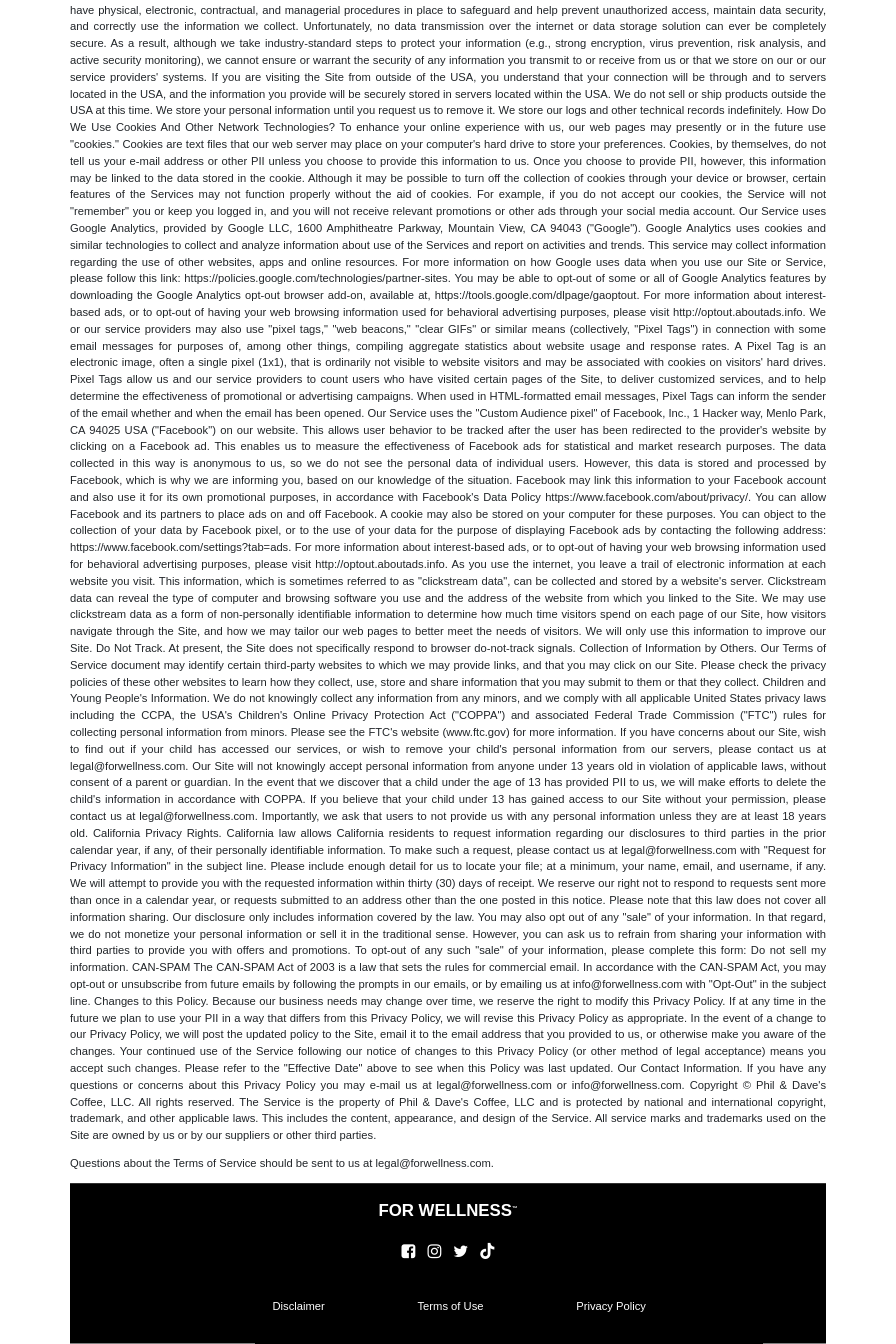
Repository: dariusprince90/wellness-landing
Page: PrivacyPolicy.html
The author's editor kept a copy of each file at every save. The page is drawn from the files as they stood at one save, then again after the next save.
The browser window is 1280 px wide. The pictures show the part of the page from y = 2095 to 4015 px (the page is 4015 px tall before and 3975 px after), at 70% of full size.

Above is the page before, as saved 2023-08-02 16:26:40.

After the next save:
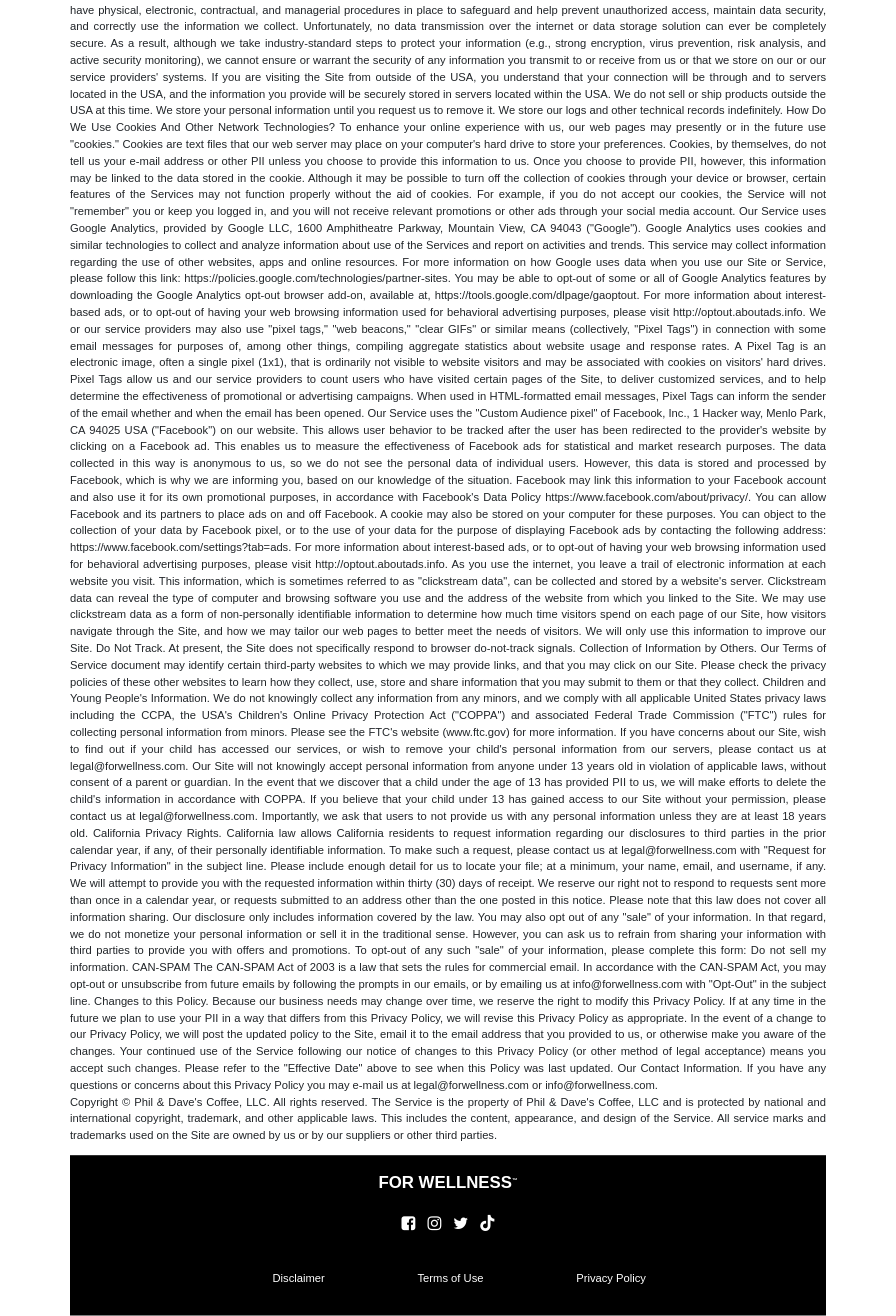
Saved 30 s later.
--- a/PrivacyPolicy.html
+++ b/PrivacyPolicy.html
@@ -123,9 +123,8 @@
         Our Contact Information.
         If you have any questions or concerns about this Privacy Policy you may e-mail us at legal@forwellness.com or info@forwellness.com.
 
-        Copyright © Phil & Dave's Coffee, LLC. All rights reserved. The Service is the property of Phil & Dave's Coffee, LLC and is protected by national and international copyright, trademark, and other applicable laws. This includes the content, appearance, and design of the Service. All service marks and trademarks used on the Site are owned by us or by our suppliers or other third parties.
-<p></p>
-<p>Questions about the Terms of Service should be sent to us at legal@forwellness.com.</p>
+
+<p>Copyright © Phil & Dave's Coffee, LLC. All rights reserved. The Service is the property of Phil & Dave's Coffee, LLC and is protected by national and international copyright, trademark, and other applicable laws. This includes the content, appearance, and design of the Service. All service marks and trademarks used on the Site are owned by us or by our suppliers or other third parties.</p>
 
 
         <footer>
